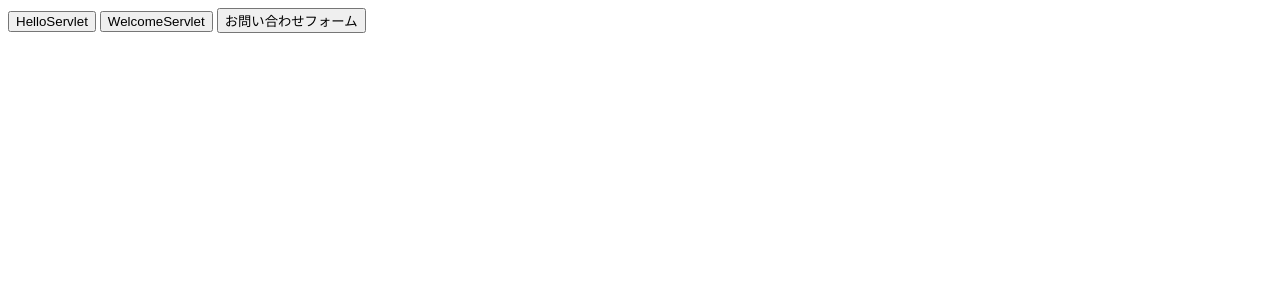
Repository: Yuuu-94/test
Page: http://localhost/HelloServlet/
These files come from the project's save history. The page is drawn as it stood at one moment and after the next save; the edit follows.
The browser window is 1280 px wide. The pictures show the whole page.
The page is served by Tomcat 9. Other server files are loaded and not shown.

Above is the page before, as saved 2019-05-15 10:35:48.

### HelloServlet/WebContent/index.jsp
<%@ page language="java" contentType="text/html; charset=UTF-8"
    pageEncoding="UTF-8"%>
<!DOCTYPE html>
<html>
<head>
<meta charset="UTF-8">
<title>HelloServlet</title>
</head>
<body>
<input type="button" value="HelloServlet" onClick="location.href='HelloServlet'">

<input type="button" value="WelcomeServlet" onClick="location.href='welcome.jsp'">

<input type="button" value="お問い合わせフォーム" onClick="location.href='inquiry.jsp'">
</body>
</html>

After the next save:
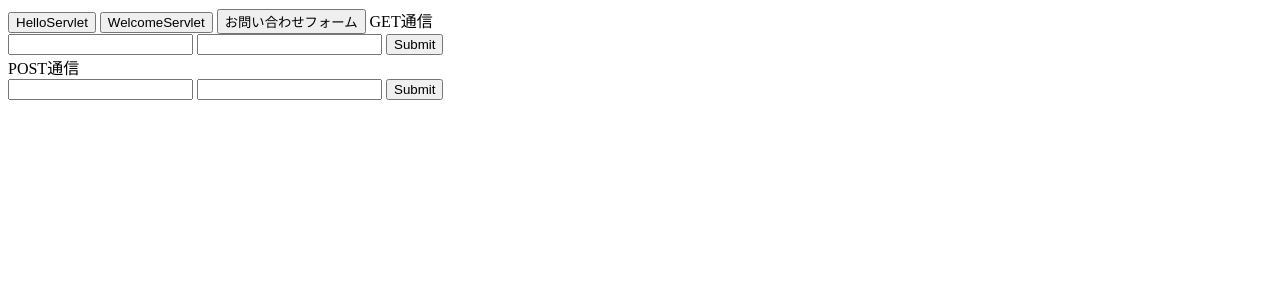
Saved 5 min 1 s later.
--- a/HelloServlet/WebContent/index.jsp
+++ b/HelloServlet/WebContent/index.jsp
@@ -12,5 +12,20 @@
 <input type="button" value="WelcomeServlet" onClick="location.href='welcome.jsp'">
 
 <input type="button" value="お問い合わせフォーム" onClick="location.href='inquiry.jsp'">
+
+GET通信
+<form method="get" action="TestServlet">
+<input type="text" name="username">
+<input type="password" name="password">
+<input type="submit" name="送信">
+</form>
+
+POST通信
+<form method="get" action="TestServlet">
+<input type="text" name="username">
+<input type="password" name="password">
+<input type="submit" name="送信">
+</form>
+
 </body>
 </html>
